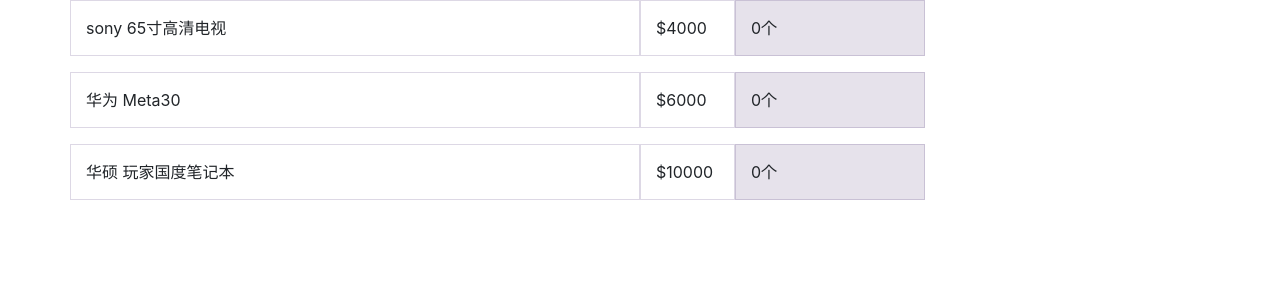
Repository: cuilongshui/reaact_dom
Page: /
The author's editor kept a copy of each file at every save. The page is drawn from the files as they stood at one save, then again after the next save.
The browser window is 1280 px wide. The pictures show the whole page.
The project was rebuilt for these pictures with package versions that can differ from the ones it lists, and the page was loaded fresh each time. Also part of the build but not shown: src/App.css.

Above is the page before, as saved 2020-12-10 23:11:23.

### public/index.html
<!DOCTYPE html>
<html lang="en">
  <head>
    <meta charset="utf-8" />
    <link rel="icon" href="%PUBLIC_URL%/favicon.ico" />
    <meta name="viewport" content="width=device-width, initial-scale=1" />
    <meta name="theme-color" content="#000000" />
    <meta
      name="description"
      content="Web site created using create-react-app"
    />

    <title>React App</title>
  </head>
  <body>
    <noscript>You need to enable JavaScript to run this app.</noscript>
    <div id="root"></div>
  </body>
</html>

### src/index.js
/*
 * @Author: your name
 * @Date: 2020-12-04 23:02:56
 * @LastEditTime: 2020-12-09 22:44:31
 * @LastEditors: Please set LastEditors
 * @Description: In User Settings Edit
 * @FilePath: \my-app\src\index.js
 */
import React from 'react';
import ReactDOM from 'react-dom';
import './index.css';
import "bootstrap/dist/css/bootstrap.css";
import App from './App';


ReactDOM.render(
  <App/>,
  document.getElementById('root')
);

### src/index.css
body {
  margin: 0;
  font-family: -apple-system, BlinkMacSystemFont, 'Segoe UI', 'Roboto', 'Oxygen',
    'Ubuntu', 'Cantarell', 'Fira Sans', 'Droid Sans', 'Helvetica Neue',
    sans-serif;
  -webkit-font-smoothing: antialiased;
  -moz-osx-font-smoothing: grayscale;
}

code {
  font-family: source-code-pro, Menlo, Monaco, Consolas, 'Courier New',
    monospace;
}

.themed-grid-col {
  padding-top: 15px;
  padding-bottom: 15px;
  background-color: rgba(255,255,255);
  border: 1px solid rgba(86, 61, 124, .2);
}

.themed-grid-col-s {
  padding-top: 15px;
  padding-bottom: 15px;
  background-color: rgba(86, 61, 124, .15);
  border: 1px solid rgba(86, 61, 124, .2);
}

### src/App.js
import "./App.css";
import ListItem from "./components/listItem";
import React, { Component } from 'react';
// import ListItem from './components/listItemFunc'

const listData = [
  {
    id: 1,
    title: "sony 65寸高清电视",
    price: 4000,
  },
  {
    id: 2,
    title: "华为 Meta30",
    price: 6000,
  },
  {
    id: 3,
    title: "华硕 玩家国度笔记本",
    price: 10000,
  },
];

class App extends Component {
  randerList(){
    if (!listData.length) {
      return <div className='text-center'>购物车是空的</div>
    }

    return listData.map(item => {
      return <ListItem key={item.id} data={item} />
    })
  }

  render(){

    return (
      //  <React.Fragments></React.Fragments>
      // 包含子元素无需生成多余的子节点  简写为---->  <></>
      <>
        <div className="container">
          {this.randerList()}
        </div>
      </>
    );
  }
}

export default App;

### src/components/listItem.jsx
/*
 * @Author: your name
 * @Date: 2020-12-09 20:45:07
 * @LastEditTime: 2020-12-10 23:03:57
 * @LastEditors: cui
 * @Description: In User Settings Edit
 * @FilePath: \my-app\src\components\listItem.jsx
 */
import React, { Component } from "react";


let count = 0;

class ListItem extends Component {

  constructor(props) {
    super()
  }

  manageCount() {
    return count + '个'
  }


  render() {
    return (
      <div className="row mb-3">
        <div className="col-6 themed-grid-col">{this.props.data.title}</div>
        <div className="col-1 themed-grid-col">${this.props.data.price}</div>
        <div className={`col-2 themed-grid-col${count ? '' : '-s'}`}>{this.manageCount()} </div>
      </div>
    );
  }
}
export default ListItem;

After the next save:
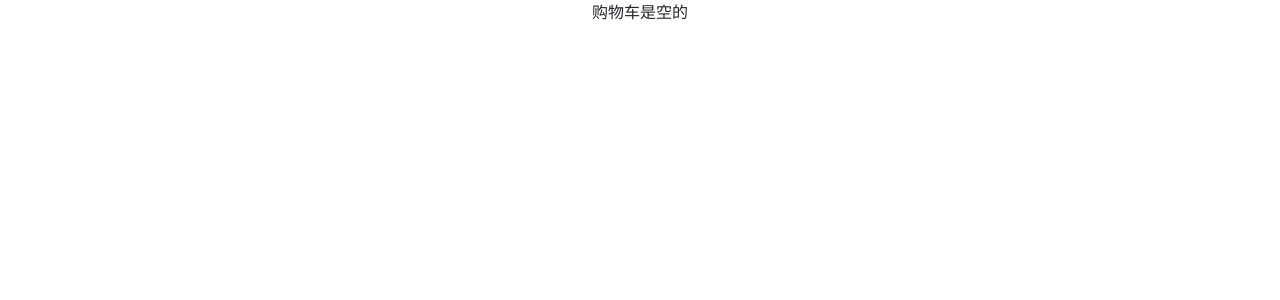
Saved 16 s later.
--- a/src/App.js
+++ b/src/App.js
@@ -4,35 +4,34 @@
 // import ListItem from './components/listItemFunc'
 
 const listData = [
-  {
-    id: 1,
-    title: "sony 65寸高清电视",
-    price: 4000,
-  },
-  {
-    id: 2,
-    title: "华为 Meta30",
-    price: 6000,
-  },
-  {
-    id: 3,
-    title: "华硕 玩家国度笔记本",
-    price: 10000,
-  },
+  // {
+  //   id: 1,
+  //   title: "sony 65寸高清电视",
+  //   price: 4000,
+  // },
+  // {
+  //   id: 2,
+  //   title: "华为 Meta30",
+  //   price: 6000,
+  // },
+  // {
+  //   id: 3,
+  //   title: "华硕 玩家国度笔记本",
+  //   price: 10000,
+  // },
 ];
 
 class App extends Component {
-  randerList(){
+  randerList() {
     if (!listData.length) {
       return <div className='text-center'>购物车是空的</div>
     }
-
     return listData.map(item => {
       return <ListItem key={item.id} data={item} />
     })
   }
 
-  render(){
+  render() {
 
     return (
       //  <React.Fragments></React.Fragments>

After the save that followed:
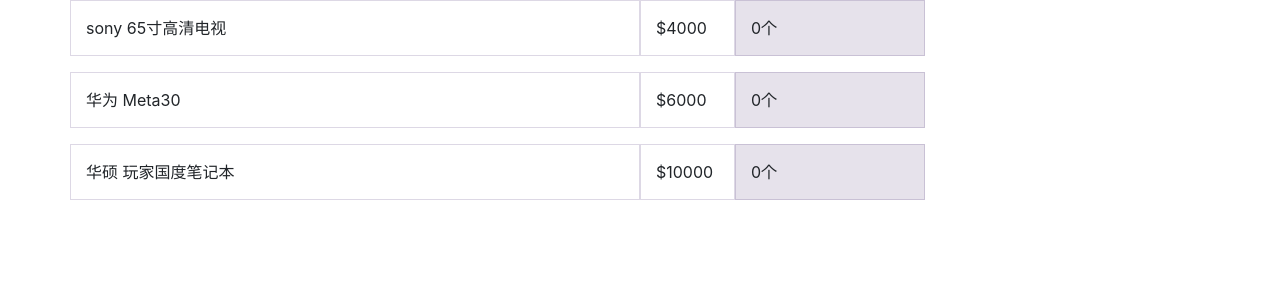
Saved 12 s later.
--- a/src/App.js
+++ b/src/App.js
@@ -4,21 +4,21 @@
 // import ListItem from './components/listItemFunc'
 
 const listData = [
-  // {
-  //   id: 1,
-  //   title: "sony 65寸高清电视",
-  //   price: 4000,
-  // },
-  // {
-  //   id: 2,
-  //   title: "华为 Meta30",
-  //   price: 6000,
-  // },
-  // {
-  //   id: 3,
-  //   title: "华硕 玩家国度笔记本",
-  //   price: 10000,
-  // },
+  {
+    id: 1,
+    title: "sony 65寸高清电视",
+    price: 4000,
+  },
+  {
+    id: 2,
+    title: "华为 Meta30",
+    price: 6000,
+  },
+  {
+    id: 3,
+    title: "华硕 玩家国度笔记本",
+    price: 10000,
+  },
 ];
 
 class App extends Component {
